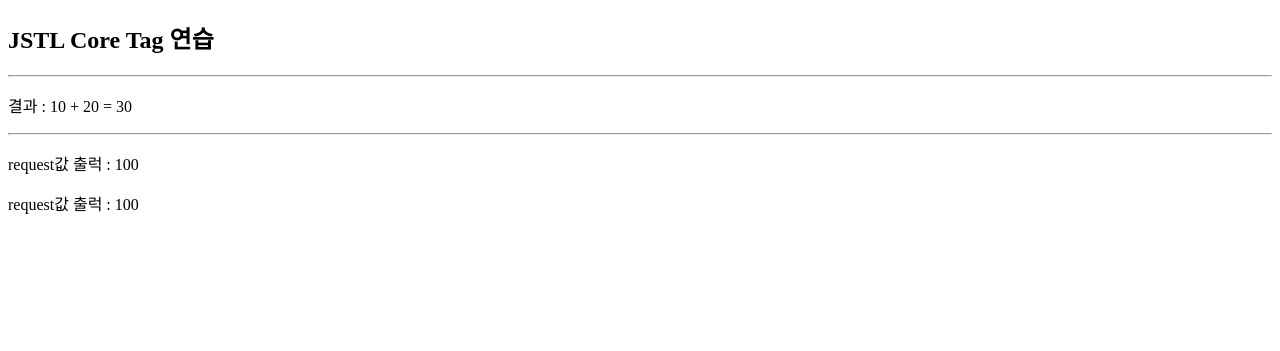
Repository: emthrology/servertest
Page: http://localhost/jspTag/JSTL/jsp_JSTL_Basic1.jsp
The author's editor kept a copy of each file at every save. The page is drawn from the files as they stood at one save, then again after the next save.
The browser window is 1280 px wide. The pictures show the whole page.
The page is served by Tomcat 9.

Above is the page before, as saved 2019-05-16 04:45:19.

### apache/jspTag/WebContent/JSTL/jsp_JSTL_Basic1.jsp
<%@ page language="java" contentType="text/html; charset=UTF-8"
    pageEncoding="UTF-8"%>
<!DOCTYPE html>
<html>
<head>
<meta charset="UTF-8">
<title>Insert title here</title>
</head>
<body>
	<%@ taglib uri="http://java.sun.com/jsp/jstl/core" prefix="c" %>
	<h2>JSTL Core Tag 연습</h2>
	<hr>
	<c:set var="num1" value="10"/>
	<c:set var="num2" value="20"/>
	<p>결과 : ${num1 } + ${num2 } = ${num1+ num2 } </p>
	<hr>
	<!-- 변수에 스코프 지정 -->
	<c:set var="num" value="100" scope="request"/>
	<c:set var="num" value="100" scope="session"/>
	<p>request값 출럭 : ${requestScope.num }</p>
	<p>request값 출럭 : ${sessionScope.num }</p>

	<c:remove var="num" scope="request"/><!-- scope지정 안하면 다 지워짐 -->
</body>
</html>

After the next save:
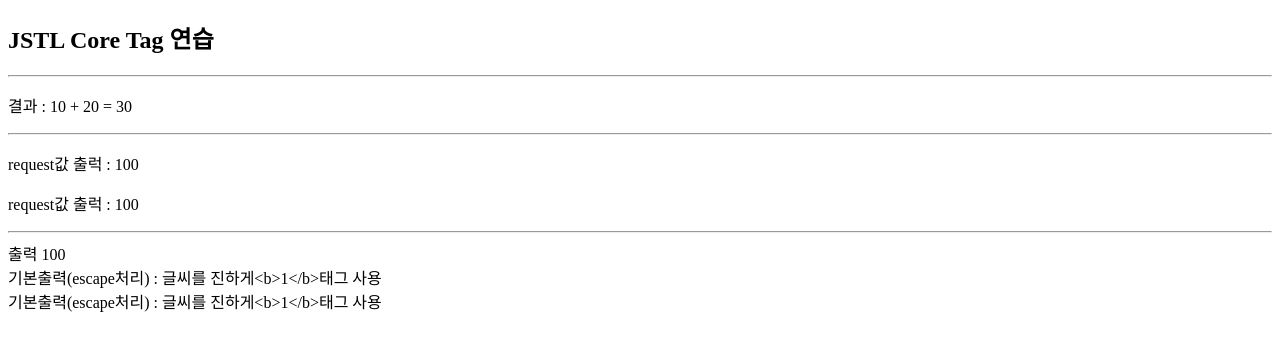
Saved 2 min 39 s later.
--- a/apache/jspTag/WebContent/JSTL/jsp_JSTL_Basic1.jsp
+++ b/apache/jspTag/WebContent/JSTL/jsp_JSTL_Basic1.jsp
@@ -21,5 +21,10 @@
 	<p>request값 출럭 : ${sessionScope.num }</p>
 
 	<c:remove var="num" scope="request"/><!-- scope지정 안하면 다 지워짐 -->
+	<hr>
+	출력 <c:out value="100"/><br>
+	기본출력(escape처리) : <c:out value="글씨를 진하게<b>1</b>태그 사용"/><br>
+	기본출력(escape처리) : <c:out value="글씨를 진하게<b>1</b>태그 사용"/><br>
+
 </body>
 </html>
